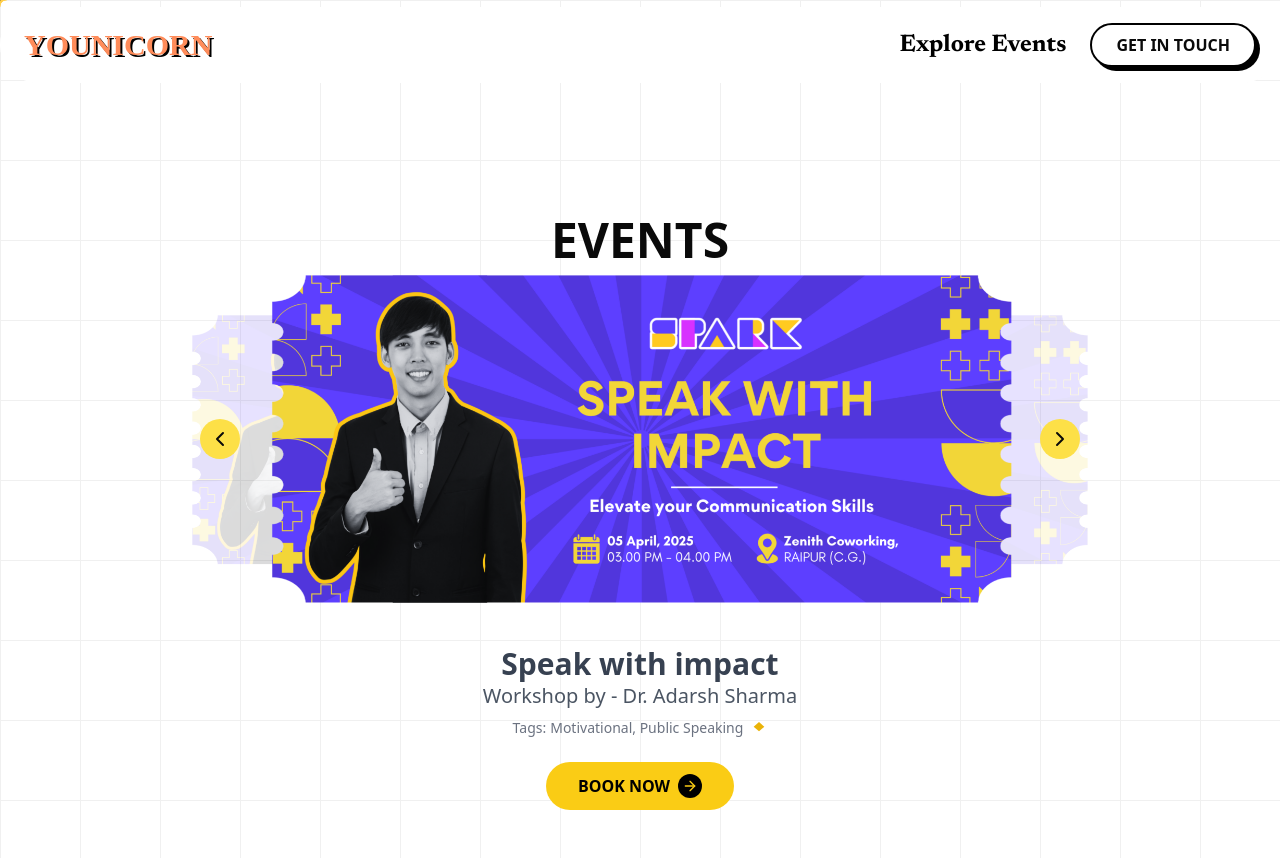
Repository: as-avni/dreamersite
Page: /events
The author's editor kept a copy of each file at every save. The page is drawn from the files as they stood at one save, then again after the next save.
The browser window is 1280 px wide. The pictures show the whole page.
Some web fonts or font styles are not loaded; a fallback is used. The project was rebuilt for these pictures with package versions that can differ from the ones it lists, and the page was loaded fresh each time. The framework's server and built-in components were replaced by stand-ins that run in the browser. Also part of the build but not shown: next.config.ts.

Above is the page before, as saved 2025-03-27 17:30:41.

### src/app/layout.tsx

import type { Metadata } from "next";
import { Geist, Geist_Mono } from "next/font/google";
import "./globals.css";
import Header from "@/components/navbar";

const geistSans = Geist({
  variable: "--font-geist-sans",
  subsets: ["latin"],
});

const geistMono = Geist_Mono({
  variable: "--font-geist-mono",
  subsets: ["latin"],
});

export const metadata: Metadata = {
  title: "Younicorn",
  description: "A community of entrepreneurs, aspiring entrepreneurs, leaders and professionals from any industry who come together to gain and give massive exposure to the leaders of tomorrow.",
};

export default function RootLayout({
  children,
}: Readonly<{
  children: React.ReactNode;
}>) {
  return (
    <html lang="en">
      <body className={`${geistSans.variable} ${geistMono.variable}`}>
        <Header />
        {children}
      </body>
    </html>
  );
}

### src/app/events/page.tsx
import CustomCursor from "@/hooks/CustomCursor"
import EventsPage from "./events-page"

export default function Home() {
    return (
        <main className="min-h-screen bg-white font-sans antialiased">
        <CustomCursor />
        <EventsPage />
        </main>
    )
}

### src/app/globals.css
@import url('https://fonts.googleapis.com/css2?family=Anek+Devanagari:wght@100..800&family=Khand:wght@300;400;500;600;700&family=Newsreader:ital,opsz,wght@0,6..72,200..800;1,6..72,200..800&family=Noto+Sans:ital,wght@0,100..900;1,100..900&family=Poppins:ital,wght@0,100;0,200;0,300;0,400;0,500;0,600;0,700;0,800;0,900;1,100;1,200;1,300;1,400;1,500;1,600;1,700;1,800;1,900&family=Rampart+One&display=swap');
@import url('https://fonts.googleapis.com/css2?family=Anek+Devanagari:wght@100..800&family=Archivo+Narrow:ital,wght@0,400..700;1,400..700&family=Khand:wght@300;400;500;600;700&family=Newsreader:ital,opsz,wght@0,6..72,200..800;1,6..72,200..800&family=Noto+Sans:ital,wght@0,100..900;1,100..900&family=Poppins:ital,wght@0,100;0,200;0,300;0,400;0,500;0,600;0,700;0,800;0,900;1,100;1,200;1,300;1,400;1,500;1,600;1,700;1,800;1,900&family=Rampart+One&display=swap');
@import url('https://fonts.googleapis.com/css2?family=Archivo+Narrow:ital,wght@0,400..700;1,400..700&display=swap');

@import url('https://fonts.googleapis.com/css2?family=DM+Serif+Display:ital@0;1&display=swap');


@tailwind base;
@tailwind components;
@tailwind utilities;

html,
body {
  max-width: 100vw;
  overflow-x: hidden;
}

* {
  cursor: none;
}
input, textarea, button, select, a {
  cursor: auto;
}

.blinking-cursor {
  display: inline-block;
  width: 10px;
  height: 5rem; /* Adjust height to match text size */
  vertical-align: middle; /* Align with text */
  animation: blink 0.8s steps(2, start) infinite;
  font-family: 'Courier New', monospace;
}

@keyframes blink {
  50% {
    opacity: 0;
  }
}

body {
  -webkit-font-smoothing: antialiased;
  -moz-osx-font-smoothing: grayscale;

}



* {
  box-sizing: border-box;
  padding: 0;
  margin: 0;
}

a {
  color: inherit;
  text-decoration: none;
}

@media (prefers-color-scheme: dark) {
  html {
    color-scheme: dark;
  }
}

@layer base {
  :root {
    --background: 0 0% 100%;
    --foreground: 0 0% 3.9%;
    --card: 0 0% 100%;
    --card-foreground: 0 0% 3.9%;
    --popover: 0 0% 100%;
    --popover-foreground: 0 0% 3.9%;
    --primary: 0 0% 9%;
    --primary-foreground: 0 0% 98%;
    --secondary: 0 0% 96.1%;
    --secondary-foreground: 0 0% 9%;
    --muted: 0 0% 96.1%;
    --muted-foreground: 0 0% 45.1%;
    --accent: 0 0% 96.1%;
    --accent-foreground: 0 0% 9%;
    --destructive: 0 84.2% 60.2%;
    --destructive-foreground: 0 0% 98%;
    --border: 0 0% 89.8%;
    --input: 0 0% 89.8%;
    --ring: 0 0% 3.9%;
    --chart-1: 12 76% 61%;
    --chart-2: 173 58% 39%;
    --chart-3: 197 37% 24%;
    --chart-4: 43 74% 66%;
    --chart-5: 27 87% 67%;
    --radius: 0.5rem;
  }
  .dark {
    --background: 0 0% 3.9%;
    --foreground: 0 0% 98%;
    --card: 0 0% 3.9%;
    --card-foreground: 0 0% 98%;
    --popover: 0 0% 3.9%;
    --popover-foreground: 0 0% 98%;
    --primary: 0 0% 98%;
    --primary-foreground: 0 0% 9%;
    --secondary: 0 0% 14.9%;
    --secondary-foreground: 0 0% 98%;
    --muted: 0 0% 14.9%;
    --muted-foreground: 0 0% 63.9%;
    --accent: 0 0% 14.9%;
    --accent-foreground: 0 0% 98%;
    --destructive: 0 62.8% 30.6%;
    --destructive-foreground: 0 0% 98%;
    --border: 0 0% 14.9%;
    --input: 0 0% 14.9%;
    --ring: 0 0% 83.1%;
    --chart-1: 220 70% 50%;
    --chart-2: 160 60% 45%;
    --chart-3: 30 80% 55%;
    --chart-4: 280 65% 60%;
    --chart-5: 340 75% 55%;
  }
}

@layer base {
  * {
    @apply border-border;
  }
  body {
    @apply bg-background text-foreground;
  }
}

### src/components/navbar.tsx
"use client";

import { useState } from "react";
import Link from "next/link";

export default function Header() {
  const [isOpen, setIsOpen] = useState(false);

  return (
    <header className="w-full py-4 px-6 flex items-center fixed justify-between top-[1%] z-50 bg-white bg-opacity-100 backdrop-blur-md rounded-full">
      {/* Logo */}
      <div className="flex-shrink-0">
        <Link href="/">
          <span
            className="text-3xl font-extrabold tracking-normal"
            style={{
              color: "#FF8C5A",
              textShadow: "2px 2px 0 #000",
              fontFamily: "Rampart One, cursive",
            }}
          >
            YOUNICORN
          </span>
        </Link>
      </div>

      {/* Mobile Menu Toggle */}
      <button
        className="md:hidden text-3xl"
        onClick={() => setIsOpen(!isOpen)}
      >
        ☰
      </button>

      {/* Navigation Links */}
      <div
        className={`flex flex-col md:flex-row items-center gap-6 ${
          isOpen ? "block" : "hidden md:flex"
        } absolute md:static top-16 left-0 w-full md:w-auto bg-white md:bg-transparent shadow-md md:shadow-none rounded-lg md:rounded-none p-4 md:p-0`}
      >
        <div className="flex flex-col md:flex-row items-center gap-4 md:gap-6 w-full md:w-auto space-y-4 md:space-y-0">
          <Link
            href="/events"
            className="font-bold text-2xl/7 text-black font-newsreader"
          >
            Explore Events
          </Link>

          <Link href="/contact">
            <div className="relative group">
              <div className="absolute inset-0 bg-black rounded-full translate-x-1 translate-y-1"></div>
              <button className="relative bg-white border-2 border-black rounded-full px-6 py-2 font-bold transition-transform group-hover:-translate-x-0.5 group-hover:-translate-y-0.5">
                GET IN TOUCH
              </button>
            </div>
          </Link>
        </div>
      </div>
    </header>
  );
}

### src/hooks/CustomCursor.tsx
"use client";

import { useEffect, useState } from "react";
import Image from "next/image";

export default function CustomCursor() {
  const [position, setPosition] = useState<{ x: number; y: number }>({ x: 0, y: 0 });

  useEffect(() => {
    const moveCursor = (e: MouseEvent) => {
      setPosition({ x: e.clientX, y: e.clientY });
    };

    window.addEventListener("mousemove", moveCursor);
    return () => window.removeEventListener("mousemove", moveCursor);
  }, []);

  return (
    <div
      style={{
        position: "fixed",  // Changed from "absolute" to "fixed"
        top: `${position.y}px`,
        left: `${position.x}px`,
        transform: "translate(-50%, -50%)",
        pointerEvents: "none",
        zIndex: 9999,  // Ensures it's above all elements
      }}
    >
      <Image src="/cursor.png" alt="Custom Cursor" width={40} height={40} />
    </div>
  );
}

### src/app/events/events-page.tsx
"use client"

import { useState } from "react"
import { ArrowRight, ChevronLeft, ChevronRight } from "lucide-react"
import Image from "next/image"
// import Link from "next/link"

// Event data
const events = [
{
    id: 1,
    image: "/images/event-ticket.png",
    title: "Speak with impact",
    presenter: "Dr. Adarsh Sharma",
    tags: ["Motivational", "Public Speaking"],
},
{
    id: 2,
    image: "/placeholder.svg?height=220&width=800",
    title: "Design Thinking Workshop",
    presenter: "Sarah Johnson",
    tags: ["Design", "Innovation"],
},
{
    id: 3,
    image: "/placeholder.svg?height=220&width=800",
    title: "Startup Funding Masterclass",
    presenter: "Michael Chen",
    tags: ["Business", "Finance"],
},
]

export default function EventsPage() {
const [currentIndex, setCurrentIndex] = useState(0)
const currentEvent = events[currentIndex]

const goToPrevious = () => {
    const isFirstSlide = currentIndex === 0
    const newIndex = isFirstSlide ? events.length - 1 : currentIndex - 1
    setCurrentIndex(newIndex)
}

const goToNext = () => {
    const isLastSlide = currentIndex === events.length - 1
    const newIndex = isLastSlide ? 0 : currentIndex + 1
    setCurrentIndex(newIndex)
}

return (
    <div className="min-h-screen bg-white bg-[linear-gradient(#f0f0f0_1px,transparent_1px),linear-gradient(90deg,#f0f0f0_1px,transparent_1px)] bg-[size:80px_80px] flex flex-col items-center px-4 py-8">


    {/* Events Heading */}8
    <h1 className="text-5xl font-bold mt-40">EVENTS</h1>

    {/* Event Carousel */}
    <div className="w-full max-w-4xl relative mb-8 my-">
        {/* Navigation Arrows */}
        <button
        onClick={goToPrevious}
        className="absolute left-2 top-1/2 -translate-y-1/2 bg-yellow-300 rounded-full p-2 z-10 hover:bg-yellow-400 transition-colors"
        >
        <ChevronLeft className="h-6 w-6" />
        </button>
        <button
        onClick={goToNext}
        className="absolute right-2 top-1/2 -translate-y-1/2 bg-yellow-300 rounded-full p-2 z-10 hover:bg-yellow-400 transition-colors"
        >
        <ChevronRight className="h-6 w-6" />
        </button>

        {/* Event Ticket/Banner Image */}
        <div className="w-full h-[350px] rounded-2xl overflow-hidden">
            <Image
                src={currentEvent.image || "/placeholder.svg"}
                alt={currentEvent.title}
                width={800}
                height={220}
                className="w-full h-full object-contain"
            />
        </div>
    </div>

    {/* Event Details - Changes based on current carousel item */}
    <div className="text-center mb-4">
        <h2 className="text-3xl font-semibold text-gray-700">{currentEvent.title}</h2>
        <p className="text-xl text-gray-600 mb-2">Workshop by - {currentEvent.presenter}</p>

        <div className="flex justify-center items-center mb-6">
        <div className="inline-flex items-center">
            <span className="text-sm text-gray-500">Tags: </span>
            <span className="text-sm text-gray-500 ml-1">{currentEvent.tags.join(", ")}</span>
        </div>
        <div className="ml-2 text-yellow-500">
            <svg width="16" height="16" viewBox="0 0 24 24" fill="none" xmlns="http://www.w3.org/2000/svg">
            <path d="M12 3L20 10L12 17L4 10L12 3Z" fill="currentColor" />
            </svg>
        </div>
        </div>

        <button className="bg-yellow-400 text-black px-8 py-3 rounded-full font-bold flex items-center mx-auto hover:bg-yellow-500 transition-colors">
        <span>BOOK NOW</span>
        <div className="ml-2 bg-black rounded-full p-1">
            <ArrowRight className="h-4 w-4 text-yellow-400" />
        </div>
        </button>
    </div>
    </div>
)
}

### tailwind.config.js
/** @type {import('tailwindcss').Config} */
module.exports = {
    darkMode: ["class"],
    content: [
    "./app/**/*.{js,ts,jsx,tsx,mdx}",
    "./pages/**/*.{js,ts,jsx,tsx,mdx}",
    "./components/**/*.{js,ts,jsx,tsx,mdx}",
    "./src/**/*.{js,ts,jsx,tsx,mdx}",
],
	theme: {
		extend: {
			fontFamily: {
				poppins: [
					'Poppins',
					'sans-serif'
				],
				notosans: [
					'Noto Sans',
					'sans-serif'
				],
				rampartone: [
					'Rampart One',
					'cursive'
				],
				newsreader: [
					'Newsreader',
					'serif'
				],
				pacifico: [
					'Pacifico',
					'cursive'
				],
				dmSerif: [
					'DM Serif Display',
					"serif"
				],
				archivenarrow: [
					'Archivo Narrow',
					'sans-serif'
				]
			},
			borderRadius: {
				lg: 'var(--radius)',
				md: 'calc(var(--radius) - 2px)',
				sm: 'calc(var(--radius) - 4px)'
			},
			colors: {
				background: 'hsl(var(--background))',
				foreground: 'hsl(var(--foreground))',
				card: {
					DEFAULT: 'hsl(var(--card))',
					foreground: 'hsl(var(--card-foreground))'
				},
				popover: {
					DEFAULT: 'hsl(var(--popover))',
					foreground: 'hsl(var(--popover-foreground))'
				},
				primary: {
					DEFAULT: 'hsl(var(--primary))',
					foreground: 'hsl(var(--primary-foreground))'
				},
				secondary: {
					DEFAULT: 'hsl(var(--secondary))',
					foreground: 'hsl(var(--secondary-foreground))'
				},
				muted: {
					DEFAULT: 'hsl(var(--muted))',
					foreground: 'hsl(var(--muted-foreground))'
				},
				accent: {
					DEFAULT: 'hsl(var(--accent))',
					foreground: 'hsl(var(--accent-foreground))'
				},
				destructive: {
					DEFAULT: 'hsl(var(--destructive))',
					foreground: 'hsl(var(--destructive-foreground))'
				},
				border: 'hsl(var(--border))',
				input: 'hsl(var(--input))',
				ring: 'hsl(var(--ring))',
				chart: {
					'1': 'hsl(var(--chart-1))',
					'2': 'hsl(var(--chart-2))',
					'3': 'hsl(var(--chart-3))',
					'4': 'hsl(var(--chart-4))',
					'5': 'hsl(var(--chart-5))'
				}
			}
		}
	},
	plugins: [import("tailwindcss-animate")],
	}

After the next save:
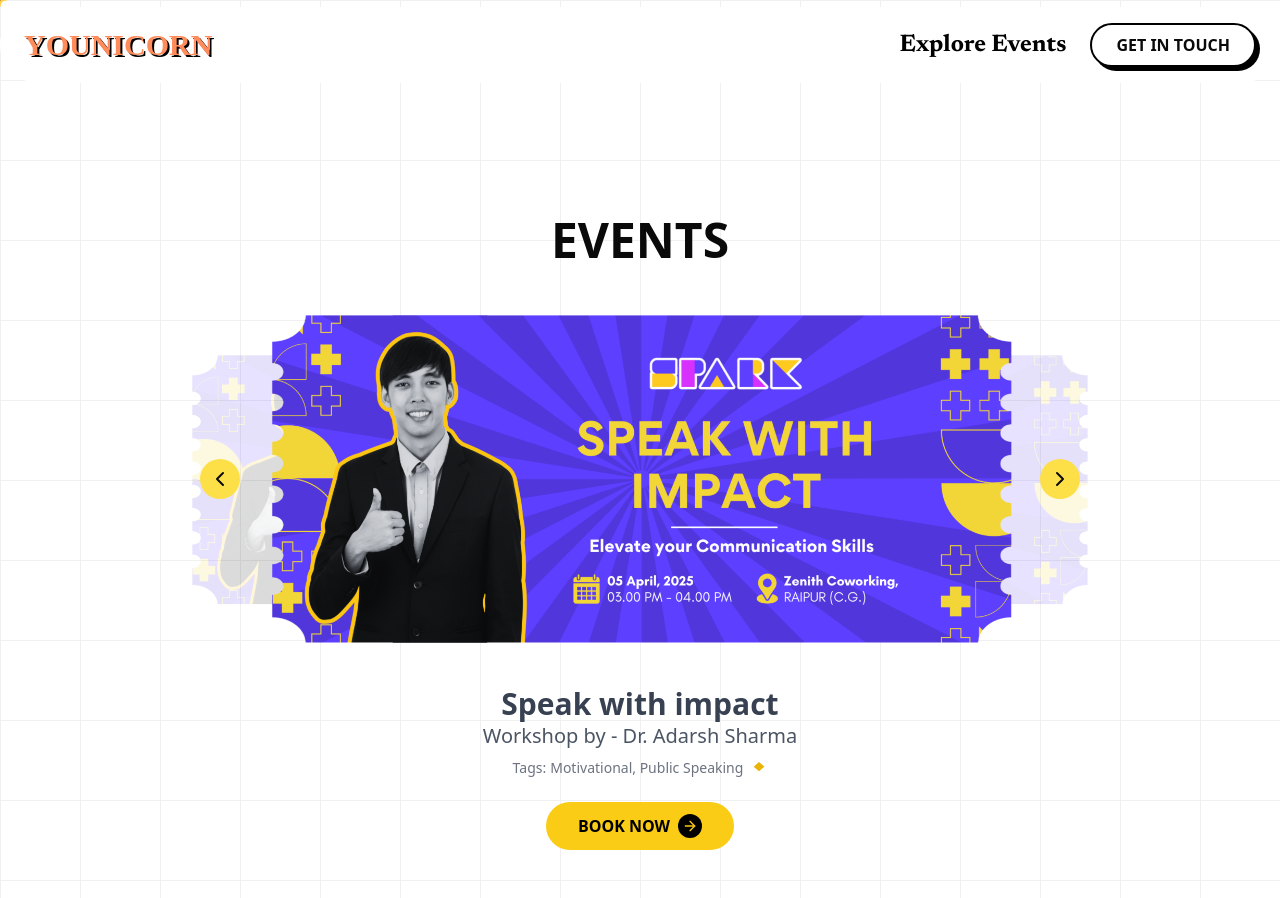
Saved 4 s later.
--- a/src/app/events/events-page.tsx
+++ b/src/app/events/events-page.tsx
@@ -54,7 +54,7 @@ return (
     <h1 className="text-5xl font-bold mt-40">EVENTS</h1>
 
     {/* Event Carousel */}
-    <div className="w-full max-w-4xl relative mb-8 my-">
+    <div className="w-full max-w-4xl relative mb-8 my-10">
         {/* Navigation Arrows */}
         <button
         onClick={goToPrevious}
